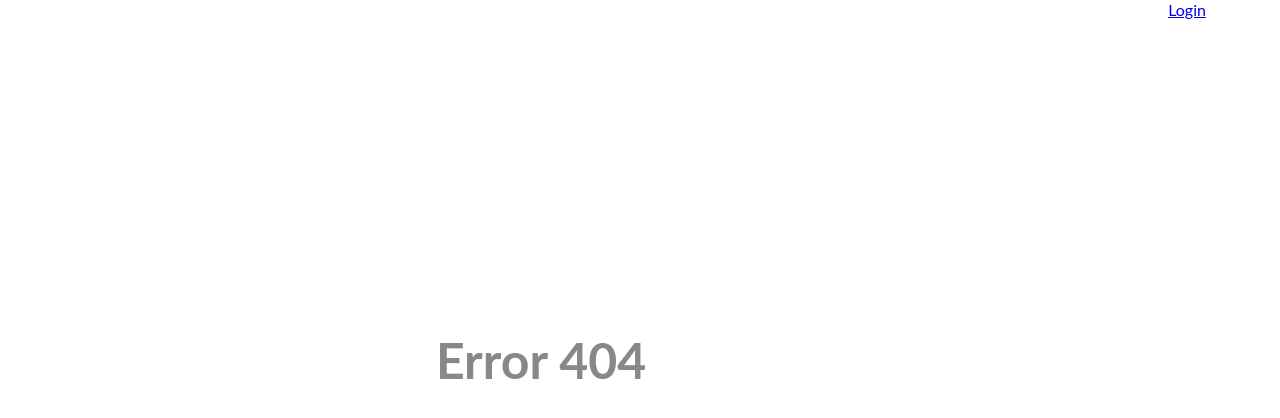
Repository: SavalaramRedkar/SupermarketManagementSystem-Java
Page: http://localhost/Supermarket_Management_System/error.jsp
These files come from the project's save history. The page is drawn as it stood at one moment and after the next save; the edit follows.
The browser window is 1280 px wide. The pictures show the whole page.
The page is served by Tomcat 9.

Above is the page before, as saved 2021-03-14 15:21:10.

After the next save:
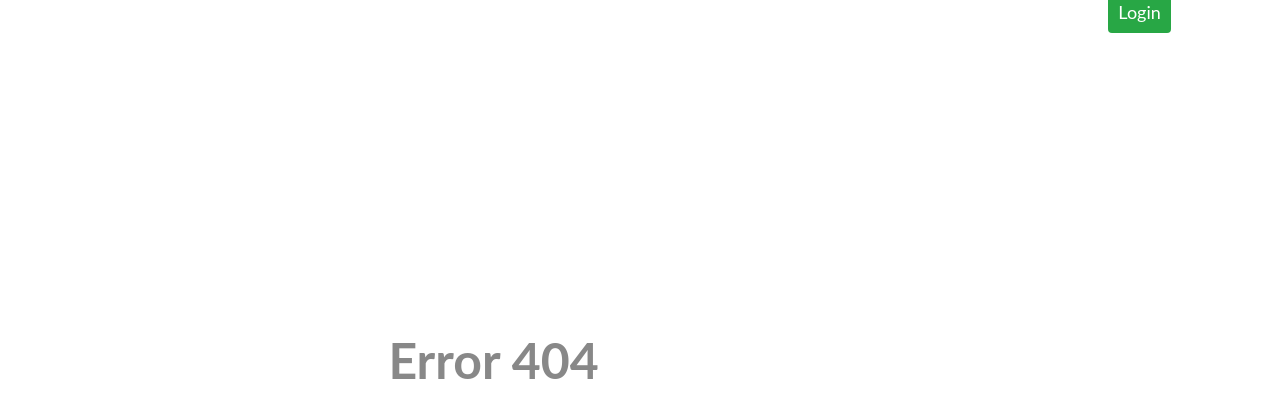
Saved 26 s later.
--- a/Supermarket Management System/WebContent/error.jsp
+++ b/Supermarket Management System/WebContent/error.jsp
@@ -39,62 +39,17 @@ body {
 	  from{box-shadow: inset -3px 0px 0px #888;}
 	  to{box-shadow: inset -3px 0px 0px transparent;}
 } */
-/* body {
-	background-color: #fff;
+
+.login {
+	color: white;
+	text-align: center;
+	padding: 10px;
+	text-decoration: none;
+	font-size: 18px;
+	line-height: 25px;
+	border-radius: 4px;
+	background-color: #28a745;
 }
-
-h1 {
-	color: black;
-	text-align: center;
-}
-
-a {
-	color: black;
-}
-
-.alert {
-    position: relative;
-    padding: .75rem 1.25rem;
-margin
-:
-
-auto
-;
-
-
-border
-:
-
-1px
-
-solid
-
-transparent
-;
-
-
-border-radius
-:
-
-.25rem
-;
-
-
-width
-:
-
-800px
-;
-
-
-}
-.alert-danger {
-	color: #721c24;
-	background-color: #f8d7da;
-	border-color: #f5c6cb;
-}
-*
-/
 </style>
 <head>
 <meta http-equiv="Content-Type" content="text/html; charset=ISO-8859-1">
